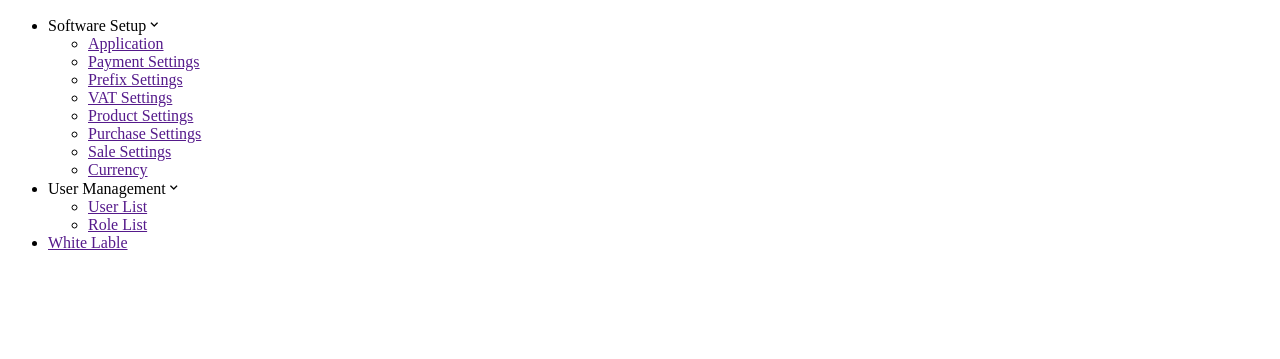
Repository: codebyaddro/pos-settings
Page: settings.html
The author's editor kept a copy of each file at every save. The page is drawn from the files as they stood at one save, then again after a run of saves.
The browser window is 1280 px wide. The pictures show the whole page.

Above is the page before, as saved 2025-02-16 13:37:16.

### settings.html
<!DOCTYPE html>
<html lang="en">
<head>
    <meta charset="UTF-8">
    <meta name="viewport" content="width=device-width, initial-scale=1.0">
    <!-- CSS -->
    <link rel="stylesheet" href="/css/settings.css">
    <!-- ICON -->
    <link href='https://unpkg.com/boxicons@2.1.4/css/boxicons.min.css' rel='stylesheet'>
    <title>Settings - Page</title>
</head>
<body>
    <div class="cba-settings-container">
        <div class="cba-settings-top-menubar">
            <ul>
                <li>
                    Software Setup<i class='bx bx-chevron-down'></i>
                    <ul>
                        <li><a href="">Application</a></li>
                        <li><a href="">Payment Settings</a></li>
                        <li><a href="">Prefix Settings</a></li>
                        <li><a href="">VAT Settings</a></li>
                        <li><a href="">Product Settings</a></li>
                        <li><a href="">Purchase Settings</a></li>
                        <li><a href="">Sale Settings</a></li>
                        <li><a href="">Currency</a></li>
                    </ul>
                </li>
                <li>
                    User Management<i class='bx bx-chevron-down'></i>
                    <ul>
                        <li><a href="">User List</a></li>
                        <li><a href="">Role List</a></li>
                    </ul>
                </li>
                <li><a href="">
                    White Lable
                </a></li>
            </ul>
        </div>
    </div>
</body>
</html>

### css/settings.css
/* -- font link -- */

@import url('https://fonts.googleapis.com/css2?family=Poppins:ital,wght@0,100;0,200;0,300;0,400;0,500;0,600;0,700;0,800;0,900;1,100;1,200;1,300;1,400;1,500;1,600;1,700;1,800;1,900&display=swap');

/* -- root css -- */

After the next 4 saves:
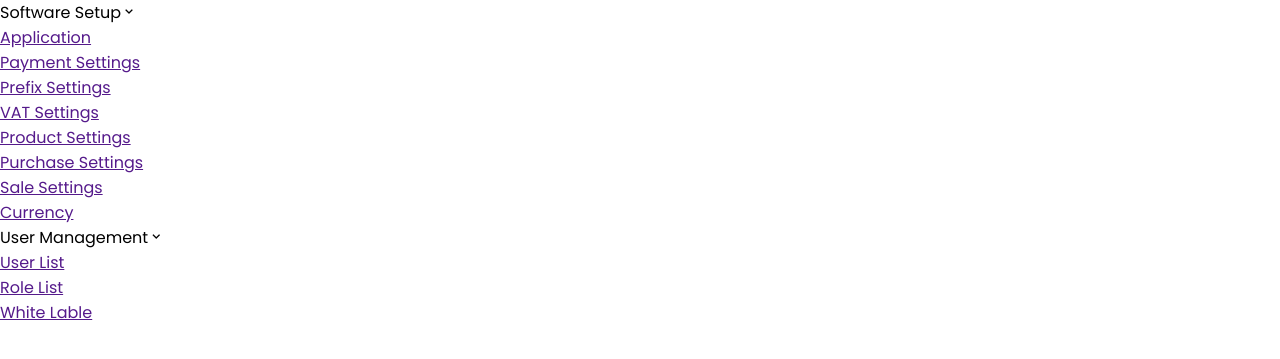
The 4 saves are shown as one change because they came seconds apart.
The last was saved 47 s later.
--- a/css/settings.css
+++ b/css/settings.css
@@ -3,3 +3,37 @@
 @import url('https://fonts.googleapis.com/css2?family=Poppins:ital,wght@0,100;0,200;0,300;0,400;0,500;0,600;0,700;0,800;0,900;1,100;1,200;1,300;1,400;1,500;1,600;1,700;1,800;1,900&display=swap');
 
 /* -- root css -- */
+
+:root {
+    --gray-white: #F0F1F2; /* For body*/
+    --white: #FFFFFF;
+    --black: #000000;
+    --gray-black: #DDDDDD;
+    --lt-gray: #EFEFEF;
+    --lt-black: #212523;
+    --lt-black-op: #21252350;
+    --main-green: #157343;
+    --main-lt: #37A000;
+    --lt-orange: #FD7E14;
+    --green: #008000;
+    --lt-green: #e9f6ec;
+    --lp-green: #F8FAF8;
+    --red: #FF0000;
+    --lt-red: #fbeaec;
+}
+
+/* -- universal style -- */
+
+* {
+    margin: 0;
+    padding: 0;
+    box-sizing: border-box;
+    font-family: "Poppins", serif;
+}
+
+/* -- web app cursor element selection style -- */
+
+::selection {
+    color: var(--white);
+    background-color: var(--main-lt);
+}
